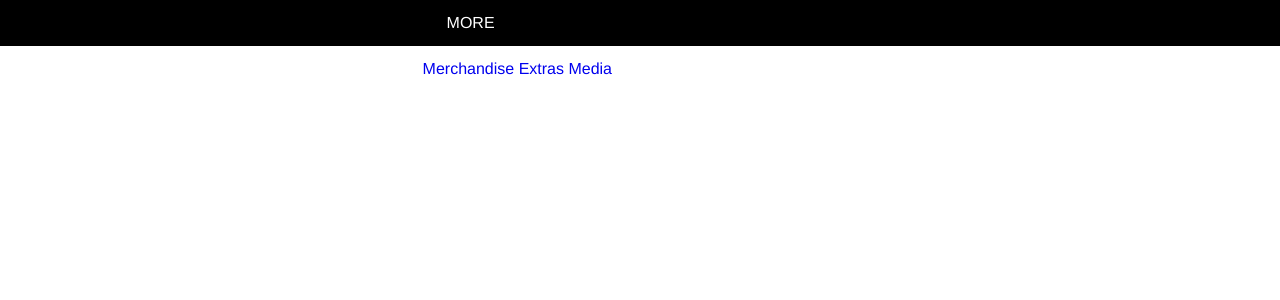
Repository: vuongtm1999/TheBand_W3School
Page: index.html
An editor plug-in stored every save of this project. The page is shown before and after the next save, followed by the edit.
The browser window is 1280 px wide. The pictures show the whole page.

Above is the page before, as saved 2022-08-24 15:29:48.

After the next save:
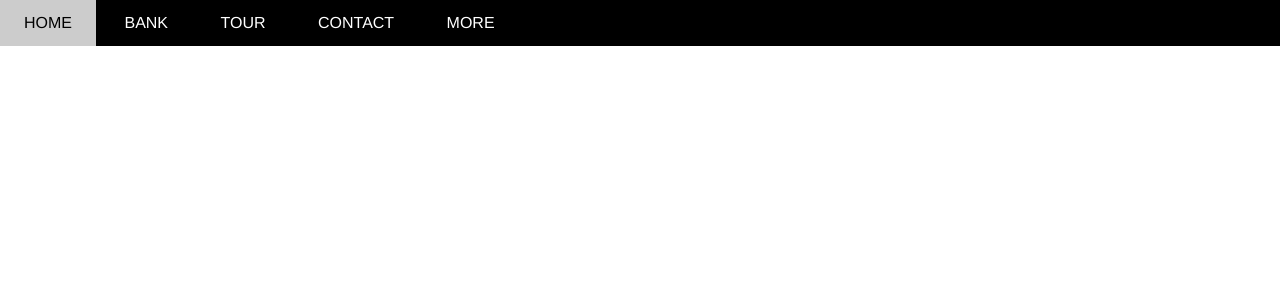
Saved 118 s later.
--- a/index.html
+++ b/index.html
@@ -16,7 +16,7 @@
                 <li><a href="#">Contact</a></li>
                 <li>
                     <a href="#">More</a>
-                    <ul class="sunav">
+                    <ul class="subnav">
                         <li><a href="#">Merchandise</a></li>
                         <li><a href="#">Extras</a></li>
                         <li><a href="#">Media</a></li>
